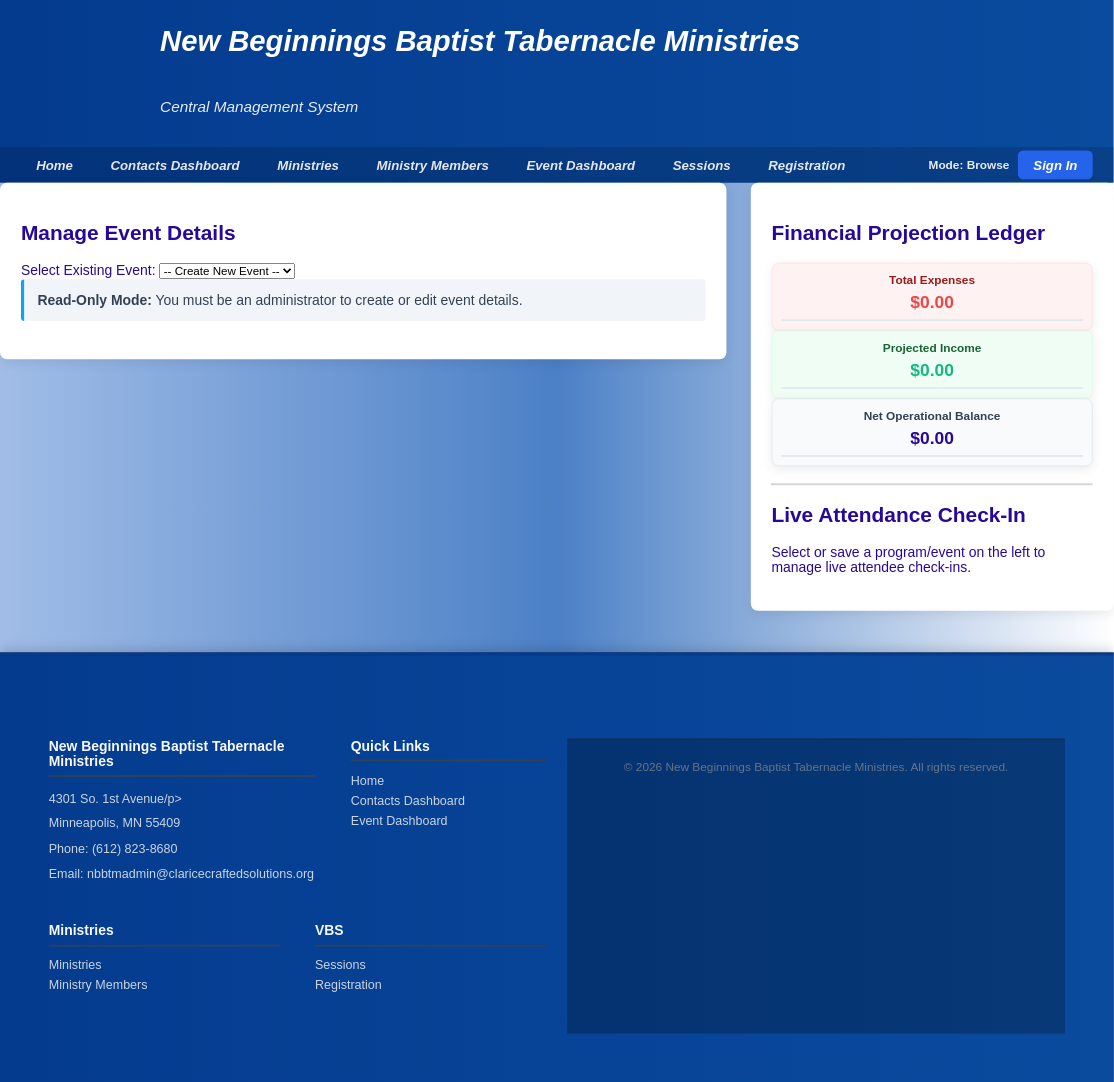
Repository: scherron56/nbbtm-central-cms
Page: http://localhost/events.php
These files come from the project's save history. The page is drawn as it stood at one moment and after the next save; the edit follows.
The browser window is 1280 px wide. The pictures show the whole page, at 87% of full size.
Some web fonts or font styles are not loaded; a fallback is used. The page is run by PHP 8.4 with error messages shown; the project is at /var/www/html/. Queries for data that is not in the repository find no rows.

Above is the page before, as saved 2026-08-19 11:38:26.

### include/header.php
<?php
// Enforce persistent cookie scope before session start
if (session_status() === PHP_SESSION_NONE) {
    session_set_cookie_params([
        'lifetime' => 86400, // 24 Hours
        'path'     => '/',   // Root path ensures session spans all sub-folders
        'httponly' => true,
        'samesite' => 'Lax'
    ]);
    session_start();
}

// Require auth library for role checking functions like isAdmin()
require_once __DIR__ . '/auth.php';

$currentPage = basename($_SERVER['PHP_SELF']);
$isLoggedIn  = isset($_SESSION['user_id']) && !empty($_SESSION['user_id']);
$username    = $_SESSION['username'] ?? '';
$userRole    = $_SESSION['user_role'] ?? 'browse';
?>
<header class="site-header">
  <div class="header-content">
    <div class="logo-container">
      <svg viewBox="0 0 100 100" class="scaled-svg" alt="Logo">
        <use href="assets/img/nbbtm-logo-white.svg#logo" />
      </svg>
    </div>

    <h1>New Beginnings Baptist Tabernacle Ministries</h1>
    <h2 class="break-row">Central Management System</h2>
  </div>

  <nav class="navbar">
    <ul class="nav-links">
      <li><a href="index.php" class="<?= in_array($currentPage, ['index.php', 'index1.php']) ? 'active' : '' ?>">Home</a></li>

      <?php if (isAdmin()): ?>
        <!-- Full Admin Navigation -->
        <li class="dropdown">
          <a href="#" class="<?= in_array($currentPage, ['contacts.php', 'contact_dashboard.php']) ? 'active' : '' ?>">Contacts</a>
          <ul class="submenu">
            <li><a href="contacts.php" class="<?= ($currentPage === 'contacts.php') ? 'active' : '' ?>">New/Update Contacts</a></li>
            <li><a href="contact_dashboard.php" class="<?= ($currentPage === 'contact_dashboard.php') ? 'active' : '' ?>">Contact Dashboard</a></li>
          </ul>
        </li>

        <li class="dropdown">
          <a href="#" class="<?= in_array($currentPage, ['ministry_manager.php', 'ministry_members.php']) ? 'active' : '' ?>">Ministries</a>
          <ul class="submenu">
            <li><a href="ministry_manager.php" class="<?= ($currentPage === 'ministry_manager.php') ? 'active' : '' ?>">Ministries</a></li>
            <li><a href="ministry_members.php" class="<?= ($currentPage === 'ministry_members.php') ? 'active' : '' ?>">Ministry Members</a></li>
          </ul>
        </li>

        <li class="dropdown">
          <a href="#" class="<?= in_array($currentPage, ['events.php', 'event_dashboard.php', 'event_registration.php', 'event_checkin.php']) ? 'active' : '' ?>">Programs / Events</a>
          <ul class="submenu">
            <li><a href="events.php" class="<?= ($currentPage === 'events.php') ? 'active' : '' ?>">Program / Event Updates</a></li>
            <li><a href="event_dashboard.php" class="<?= ($currentPage === 'event_dashboard.php') ? 'active' : '' ?>">Event Dashboard</a></li>
            <li><a href="event_registration.php" class="<?= ($currentPage === 'event_registration.php') ? 'active' : '' ?>">Event Registration</a></li>
            <li><a href="event_checkin.php" class="<?= ($currentPage === 'event_checkin.php') ? 'active' : '' ?>">Event Check-in</a></li>
          </ul>
        </li>

        <li class="dropdown">
          <a href="#" class="<?= in_array($currentPage, ['vbs_sessions.php', 'vbs_manager.php', 'vbs_attendance.php', 'vbs_roster.php']) ? 'active' : '' ?>">VBS</a>
          <ul class="submenu">
            <li><a href="vbs_sessions.php" class="<?= ($currentPage === 'vbs_sessions.php') ? 'active' : '' ?>">Sessions</a></li>
            <li><a href="vbs_roster.php" class="<?= ($currentPage === 'vbs_roster.php') ? 'active' : '' ?>">Registration</a></li>
            <li><a href="vbs_attendance.php" class="<?= ($currentPage === 'vbs_attendance.php') ? 'active' : '' ?>">Attendance</a></li>
          </ul>
        </li>

        <!-- Admin Utilities -->
        <li class="dropdown">
          <a href="#" class="<?= in_array($currentPage, ['admin_mailer.php', 'ministry_mailer.php', 'user_management.php', 'reports.php']) ? 'active' : '' ?>" style="border-left: 2px solid #f59e0b;">
            Admin &#9662;
          </a>
          <ul class="submenu">
            <li class="dropdown-nested">
              <a href="#" class="<?= in_array($currentPage, ['admin_mailer.php', 'ministry_mailer.php']) ? 'active' : '' ?>">
                Emails &#9656;
              </a>
              <ul class="submenu-nested">
                <li><a href="admin_mailer.php" class="<?= ($currentPage === 'admin_mailer.php') ? 'active' : '' ?>">Send Email(s) - Contacts</a></li>
                <li><a href="ministry_mailer.php" class="<?= ($currentPage === 'ministry_mailer.php') ? 'active' : '' ?>">Send Email(s) - Ministries & Committees</a></li>
              </ul>
            </li>

            <li class="dropdown-nested">
              <a href="reports.php" class="<?= ($currentPage === 'reports.php') ? 'active' : '' ?>">
                Reports &#9656;
              </a>
              <ul class="submenu-nested">
                <li><a href="reports.php">General Reports</a></li>
              </ul>
            </li>

            <li><a href="user_management.php" class="<?= ($currentPage === 'user_management.php') ? 'active' : '' ?>">👥 User Management</a></li>
          </ul>
        </li>

      <?php else: ?>
        <!-- Non-Admin Limited Navigation -->
        <li><a href="contact_dashboard.php" class="<?= ($currentPage === 'contact_dashboard.php') ? 'active' : '' ?>">Contacts Dashboard</a></li>
        <li><a href="ministry_manager.php" class="<?= ($currentPage === 'ministry_manager.php') ? 'active' : '' ?>">Ministries</a></li>
        <li><a href="ministry_members.php" class="<?= ($currentPage === 'ministry_members.php') ? 'active' : '' ?>">Ministry Members</a></li>
        <li><a href="event_dashboard.php" class="<?= ($currentPage === 'event_dashboard.php') ? 'active' : '' ?>">Event Dashboard</a></li>
        <li><a href="vbs_sessions.php" class="<?= ($currentPage === 'vbs_sessions.php') ? 'active' : '' ?>">Sessions</a></li>
        <li><a href="vbs_roster.php" class="<?= ($currentPage === 'vbs_roster.php') ? 'active' : '' ?>">Registration</a></li>
      <?php endif; ?>

      <!-- Dynamic Auth Controls -->
      <?php if ($isLoggedIn): ?>
        <li class="dropdown" style="margin-left: auto;">
          <a href="#" style="background-color: #0d9488; color: #ffffff;">
            👤 <?= htmlspecialchars($username) ?> (<?= htmlspecialchars(ucfirst($userRole)) ?>) &#9662;
          </a>
          <ul class="submenu" style="right: 0; left: auto;">
            <li><a href="#" id="open-change-password-btn">Change Password</a></li>
            <li><a href="#" id="header-logout-btn">Sign Out</a></li>
          </ul>
        </li>
      <?php else: ?>
        <li style="margin-left: auto; display: flex; align-items: center; gap: 10px;">
          <span style="font-size: 0.85rem; opacity: 0.9; font-style: normal;">Mode: <strong>Browse</strong></span>
          <a href="#" id="open-login-btn" style="background-color: #2563eb; color: #ffffff;">Sign In</a>
        </li>
      <?php endif; ?>
    </ul>
  </nav>
</header>

<!-- Sign In Modal -->
<div id="login-modal" class="modal-overlay hidden">
  <div class="modal-content">
    <button type="button" class="modal-close" id="close-login-btn">&times;</button>
    <h3>Sign In to Your Account</h3>

    <div id="login-error-msg" class="text-danger hidden" style="margin-bottom: 1rem;"></div>

    <form id="header-login-form">
      <div class="field-group">
        <label for="login-identity"><strong>Username or Email</strong></label>
        <input type="text" id="login-identity" name="username" required placeholder="Enter username or email" style="padding: 8px; border-radius: 4px; border: 1px solid #cbd5e1; width: 100%;">
      </div>

      <div class="field-group" style="margin-top: 1rem;">
        <label for="login-password"><strong>Password</strong></label>
        <div class="password-wrapper">
          <input type="password" id="login-password" name="password" required placeholder="Enter password" style="padding: 8px 36px 8px 8px; border-radius: 4px; border: 1px solid #cbd5e1; width: 100%;">
          <button type="button" class="toggle-password-btn" data-target="login-password" title="Toggle password visibility">👁️</button>
        </div>
      </div>

      <button type="submit" id="login-submit-btn" class="btn-primary" style="margin-top: 1.25rem; width: 100%;">
        Sign In <span class="spinner" id="login-spinner">⚙</span>
      </button>
    </form>
  </div>
</div>

<!-- Change Password Modal -->
<div id="change-password-modal" class="modal-overlay hidden">
  <div class="modal-content">
    <button type="button" class="modal-close" id="close-change-pwd-btn">&times;</button>
    <h3>Change Password</h3>

    <div id="change-pwd-msg" class="text-danger hidden" style="margin-bottom: 1rem;"></div>

    <form id="header-change-password-form">
      <div class="field-group">
        <label for="current-password"><strong>Current Password</strong></label>
        <div class="password-wrapper">
          <input type="password" id="current-password" name="current_password" required placeholder="Enter current password" style="padding: 8px 36px 8px 8px; border-radius: 4px; border: 1px solid #cbd5e1; width: 100%;">
          <button type="button" class="toggle-password-btn" data-target="current-password">👁️</button>
        </div>
      </div>

      <div class="field-group" style="margin-top: 1rem;">
        <label for="new-password"><strong>New Password</strong></label>
        <div class="password-wrapper">
          <input type="password" id="new-password" name="new_password" required minlength="8" placeholder="Enter new password (min. 8 chars)" style="padding: 8px 36px 8px 8px; border-radius: 4px; border: 1px solid #cbd5e1; width: 100%;">
          <button type="button" class="toggle-password-btn" data-target="new-password">👁️</button>
        </div>
      </div>

      <div class="field-group" style="margin-top: 1rem;">
        <label for="confirm-password"><strong>Confirm New Password</strong></label>
        <div class="password-wrapper">
          <input type="password" id="confirm-password" name="confirm_password" required minlength="8" placeholder="Confirm new password" style="padding: 8px 36px 8px 8px; border-radius: 4px; border: 1px solid #cbd5e1; width: 100%;">
          <button type="button" class="toggle-password-btn" data-target="confirm-password">👁️</button>
        </div>
      </div>

      <button type="submit" id="change-pwd-submit-btn" class="btn-primary" style="margin-top: 1.25rem; width: 100%;">
        Update Password <span class="spinner" id="change-pwd-spinner">⚙</span>
      </button>
    </form>
  </div>
</div>

<style>
/* Nested Dropdown Submenu Styling */
.dropdown-nested {
  position: relative;
}
.dropdown-nested .submenu-nested {
  display: none;
  position: absolute;
  left: 100%;
  top: 0;
  min-width: 250px;
  background-color: #ffffff;
  box-shadow: 0 4px 12px rgba(0, 0, 0, 0.15);
  border-radius: 4px;
  list-style: none;
  padding: 0.5rem 0;
  margin: 0;
  z-index: 1001;
}
.dropdown-nested:hover > .submenu-nested {
  display: block;
}
.dropdown-nested .submenu-nested li a {
  padding: 8px 16px;
  display: block;
  color: #1e293b;
  text-decoration: none;
  white-space: nowrap;
  font-size: 0.9rem;
}
.dropdown-nested .submenu-nested li a:hover,
.dropdown-nested .submenu-nested li a.active {
  background-color: #f1f5f9;
  color: #043b8f;
}

.modal-overlay {
  position: fixed;
  top: 0;
  left: 0;
  width: 100vw;
  height: 100vh;
  background-color: rgba(0, 0, 0, 0.5);
  display: flex;
  justify-content: center;
  align-items: center;
  z-index: 2000;
}
.modal-content {
  background: #ffffff;
  padding: 2rem;
  border-radius: 8px;
  width: 90%;
  max-width: 400px;
  box-shadow: 0 10px 25px rgba(0, 0, 0, 0.2);
  position: relative;
  color: #28089a;
}
.modal-content h3 {
  margin-top: 0;
  margin-bottom: 1rem;
  border-bottom: 2px solid #e2e8f0;
  padding-bottom: 0.5rem;
}
.modal-close {
  position: absolute;
  top: 10px;
  right: 15px;
  background: none;
  border: none;
  font-size: 1.5rem;
  font-weight: bold;
  color: #64748b;
  cursor: pointer;
}
.modal-close:hover {
  color: #dc2626;
}
.password-wrapper {
  position: relative;
  display: flex;
  align-items: center;
}
.toggle-password-btn {
  position: absolute;
  right: 8px;
  background: none;
  border: none;
  cursor: pointer;
  font-size: 1rem;
  padding: 0;
  opacity: 0.7;
  transition: opacity 0.2s ease;
}
.toggle-password-btn:hover {
  opacity: 1;
}
.text-success {
  color: #16a34a !important;
  font-size: 0.85rem;
}
.hidden {
  display: none !important;
}
</style>

<script>
document.addEventListener('DOMContentLoaded', () => {
  const loginModal = document.getElementById('login-modal');
  const openLoginBtn = document.getElementById('open-login-btn');
  const closeLoginBtn = document.getElementById('close-login-btn');
  const loginForm = document.getElementById('header-login-form');
  const loginErrorMsg = document.getElementById('login-error-msg');
  const logoutBtn = document.getElementById('header-logout-btn');

  const changePwdModal = document.getElementById('change-password-modal');
  const openChangePwdBtn = document.getElementById('open-change-password-btn');
  const closeChangePwdBtn = document.getElementById('close-change-pwd-btn');
  const changePwdForm = document.getElementById('header-change-password-form');
  const changePwdMsg = document.getElementById('change-pwd-msg');

  // Toggle Password Field Visibility
  document.querySelectorAll('.toggle-password-btn').forEach(btn => {
    btn.addEventListener('click', () => {
      const targetId = btn.getAttribute('data-target');
      const input = document.getElementById(targetId);
      if (input) {
        const isPassword = input.getAttribute('type') === 'password';
        input.setAttribute('type', isPassword ? 'text' : 'password');
        btn.textContent = isPassword ? '🙈' : '👁️';
      }
    });
  });

  // Modal Open/Close Controls
  if (openLoginBtn) openLoginBtn.addEventListener('click', (e) => { e.preventDefault(); loginModal.classList.remove('hidden'); });
  if (closeLoginBtn) closeLoginBtn.addEventListener('click', () => { loginModal.classList.add('hidden'); loginErrorMsg.classList.add('hidden'); });

  if (openChangePwdBtn) openChangePwdBtn.addEventListener('click', (e) => { e.preventDefault(); changePwdModal.classList.remove('hidden'); });
  if (closeChangePwdBtn) closeChangePwdBtn.addEventListener('click', () => { changePwdModal.classList.add('hidden'); changePwdMsg.classList.add('hidden'); });

  // Handle Login Submission via AJAX
  if (loginForm) {
    loginForm.addEventListener('submit', async (e) => {
      e.preventDefault();
      loginErrorMsg.classList.add('hidden');
      const formData = new FormData(loginForm);

      try {
        const res = await fetch('./include/auth.php?action=login', { method: 'POST', body: formData });
        const result = await res.json();
        if (result.success) {
          window.location.reload();
        } else {
          loginErrorMsg.textContent = result.message || 'Login failed.';
          loginErrorMsg.classList.remove('hidden');
        }
      } catch (err) {
        loginErrorMsg.textContent = 'Server connection error.';
        loginErrorMsg.classList.remove('hidden');
      }
    });
  }

  // Handle Password Change Submission via AJAX
  if (changePwdForm) {
    changePwdForm.addEventListener('submit', async (e) => {
      e.preventDefault();
      changePwdMsg.className = 'text-danger hidden';

      const formData = new FormData(changePwdForm);

      try {
        const res = await fetch('./include/auth.php?action=change_password', { method: 'POST', body: formData });
        const result = await res.json();

        if (result.success) {
          changePwdMsg.textContent = result.message;
          changePwdMsg.className = 'text-success';
          changePwdForm.reset();
          setTimeout(() => changePwdModal.classList.add('hidden'), 2000);
        } else {
          changePwdMsg.textContent = result.message || 'Password update failed.';
          changePwdMsg.className = 'text-danger';
        }
      } catch (err) {
        changePwdMsg.textContent = 'Server connection error.';
        changePwdMsg.className = 'text-danger';
      }
    });
  }

  // Handle Logout via AJAX
  if (logoutBtn) {
    logoutBtn.addEventListener('click', async (e) => {
      e.preventDefault();
      try {
        const res = await fetch('./include/auth.php?action=logout&ajax=1', { method: 'GET' });
        const result = await res.json();
        if (result.success) window.location.reload();
      } catch (err) {
        window.location.href = './include/auth.php?action=logout';
      }
    });
  }
});
</script>

Loaded but not shown: assets/img/nbbtm-logo-white.svg (1 lines, source omitted); css/style.css (925 lines, source omitted); prg_event_api.php (324 lines, source omitted); include/auth.php (224 lines, source omitted); include/footer.php (210 lines, source omitted); config/db.php (42 lines, source omitted); events.php (727 lines, source omitted)

After the next save:
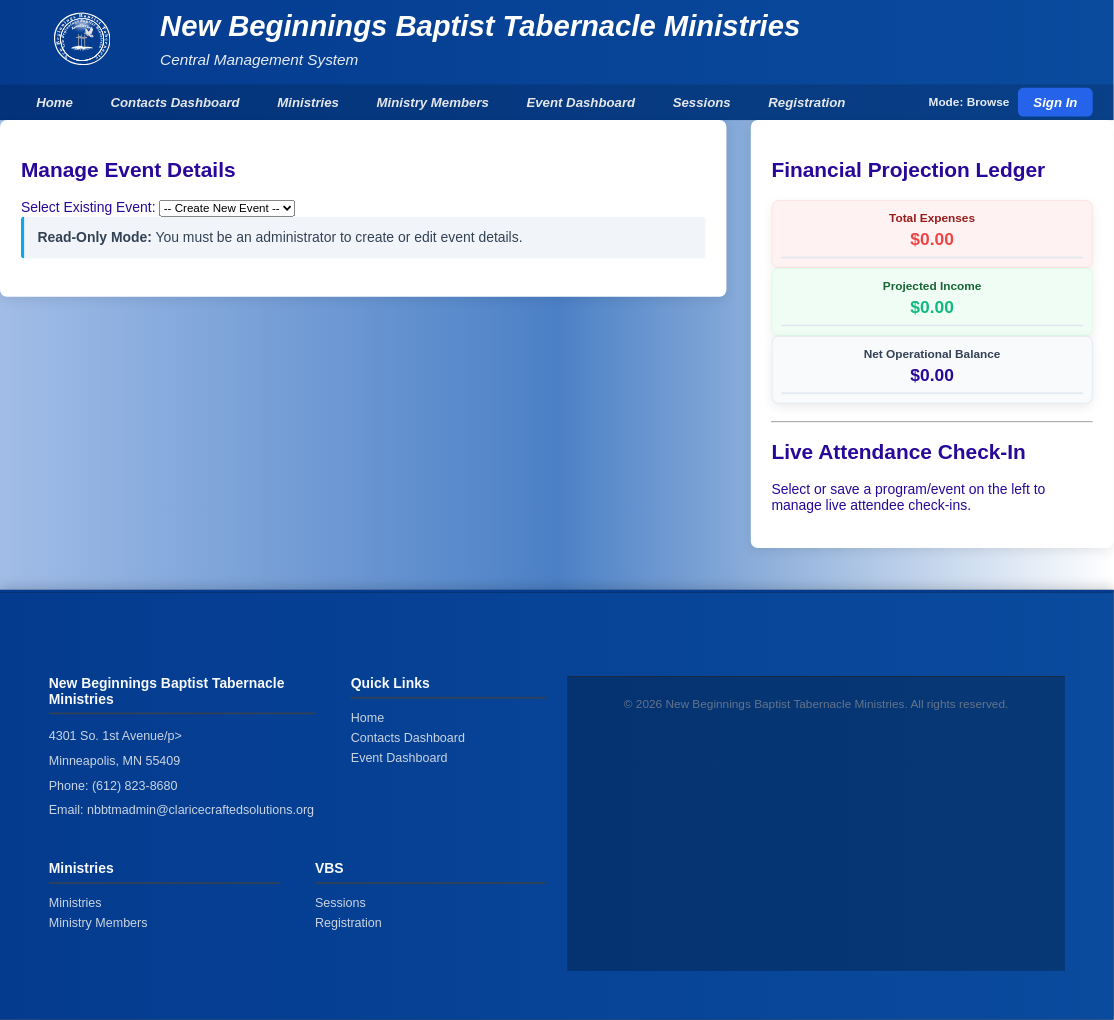
Saved 5 min 14 s later.
--- a/include/header.php
+++ b/include/header.php
@@ -21,9 +21,7 @@ $userRole    = $_SESSION['user_role'] ?? 'browse';
 <header class="site-header">
   <div class="header-content">
     <div class="logo-container">
-      <svg viewBox="0 0 100 100" class="scaled-svg" alt="Logo">
-        <use href="assets/img/nbbtm-logo-white.svg#logo" />
-      </svg>
+      <img src="assets/img/nbbtm-logo-white.svg" alt="NBBTM Logo" class="scaled-svg">
     </div>
 
     <h1>New Beginnings Baptist Tabernacle Ministries</h1>
@@ -201,6 +199,18 @@ $userRole    = $_SESSION['user_role'] ?? 'browse';
 </div>
 
 <style>
+/* Logo styling fallback */
+.logo-container {
+  display: flex;
+  align-items: center;
+  justify-content: center;
+}
+.logo-container img.scaled-svg {
+  width: 65px;
+  height: 65px;
+  object-fit: contain;
+}
+
 /* Nested Dropdown Submenu Styling */
 .dropdown-nested {
   position: relative;
